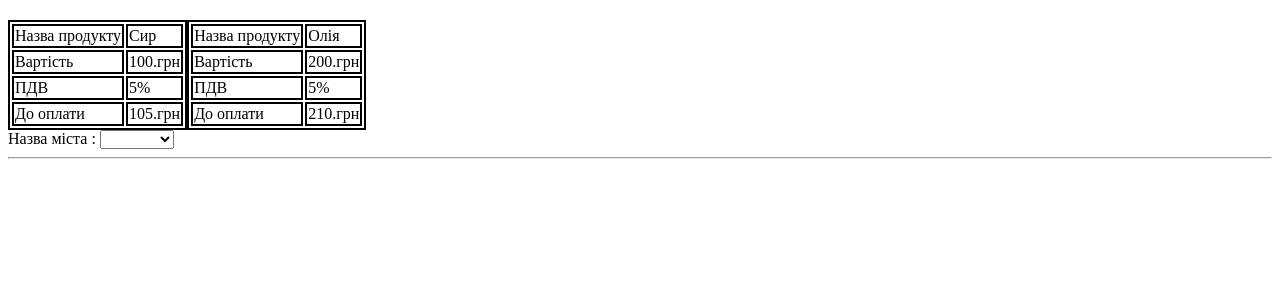
Repository: AnatoliyZaporozhets/HomeTask
Page: / (app in HomeWork_1/)
These files come from the project's save history. The page is drawn as it stood at one moment and after the next save; the edit follows.
The browser window is 1280 px wide. The pictures show the whole page.
The project was rebuilt for these pictures with package versions that can differ from the ones it lists, and the page was loaded fresh each time.

Above is the page before, as saved 2022-04-12 17:57:03.

After the next save:
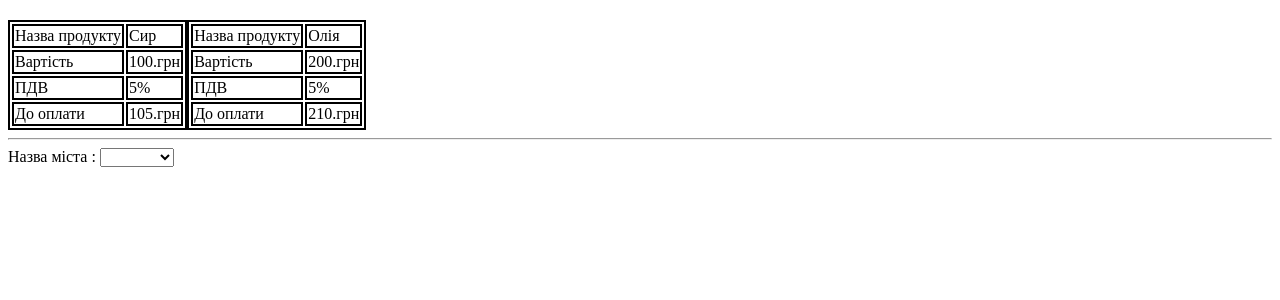
Saved 21 s later.
--- a/HomeWork_1/src/App.vue
+++ b/HomeWork_1/src/App.vue
@@ -3,10 +3,11 @@
     <!-- <img alt="Vue logo" src="./assets/logo.png" /> -->
     <!-- 3. Використовуємо -->
     <products-list :product-list-data="listData" />
+    <hr>
     <weather
      :wetherData='weatherDataList'
     />
-    <hr>
+
   </div>
 </template>
 
